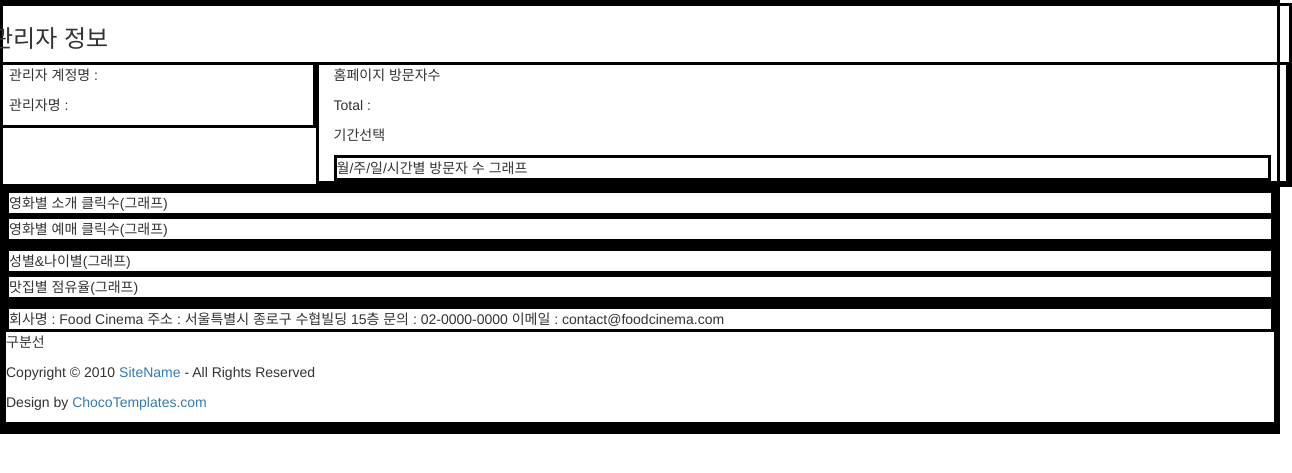
Repository: fhwang2/WEB
Page: http://localhost/FoodCinema/admin.jsp
The author's editor kept a copy of each file at every save. The page is drawn from the files as they stood at one save, then again after the next save.
The browser window is 1280 px wide. The page is 1292 px wide, so the pictures cover 1292 px, including what lies to the right of the window. The pictures show the whole page.
The page is served by Tomcat 9.

Above is the page before, as saved 2019-07-11 09:03:04.

### FoodCinema/WebContent/admin.jsp
<%@ page language="java" contentType="text/html; charset=UTF-8"
	pageEncoding="UTF-8"%>
<!DOCTYPE html>
<head>
<title>Food Cinema</title>
<meta http-equiv="Content-Type" content="text/html; charset=utf-8" />
<link rel="stylesheet"
	href="https://maxcdn.bootstrapcdn.com/bootstrap/3.4.0/css/bootstrap.min.css">
<script src="https://ajax.googleapis.com/ajax/libs/jquery/3.4.1/jquery.min.js"></script>
<script	src="https://maxcdn.bootstrapcdn.com/bootstrap/3.4.0/js/bootstrap.min.js"></script>
<script type="text/javascript" src="js/jquery-1.4.2.min.js"></script>
<script type="text/javascript" src="js/jquery-func.js"></script>

<style>

.adminTotal{
	display : grid;
}
div {
	border-style: solid;
	border-color: black;
}

</style>

</head>
<body>
	<div id="shell">
		<!-- <div id="header">
			<h1 id="logo">
				<a href="#">FoodCinema</a>
			</h1>
		</div> -->
		<div id="admin_total" class="row">
			<h3>관리자 정보</h3>
			<div id="admin_info" class="col-sm-3">

				<p class="">
					관리자 계정명 :
					<%

				%>
				</p>
				<p>
					관리자명 :
					<%

				%>
				</p>
			</div>
			<div id="totalCnt" class="col-sm-9">
				<p>홈페이지 방문자수</p>
				<p>
					Total :
					<%

				%>
				</p>
				<p>기간선택</p>
				<div id="visitor">월/주/일/시간별 방문자 수 그래프</div>
			</div>
		</div>
		<div id="movie_stat">
			<div id="movie_info_count">영화별 소개 클릭수(그래프)</div>
			<div id="movie_ing_count">영화별 예매 클릭수(그래프)</div>
		</div>
		<div id="matzip_stat">
			<div id="matzip_sex+age">성별&나이별(그래프)</div>
			<div id="matzip_share">맛집별 점유율(그래프)</div>
		</div>
		<div id="footer">
			<div id="companyInfo">
				회사명 : Food Cinema
				주소 : 서울특별시 종로구 수협빌딩 15층
				문의 : 02-0000-0000
				이메일 : contact@foodcinema.com
			</div>
			<p>구분선</p>
			<p class="lf">
				Copyright &copy; 2010 <a href="#">SiteName</a> - All Rights Reserved
			</p>
			<p class="rf">
				Design by <a href="http://chocotemplates.com/">ChocoTemplates.com</a>
			</p>
			<div style="clear: both;"></div>
		</div>
	</div>
</body>
</html>

Loaded but not shown: FoodCinema/WebContent/js/jquery-1.4.2.min.js (library); FoodCinema/WebContent/js/jquery-func.js (common file)

After the next save:
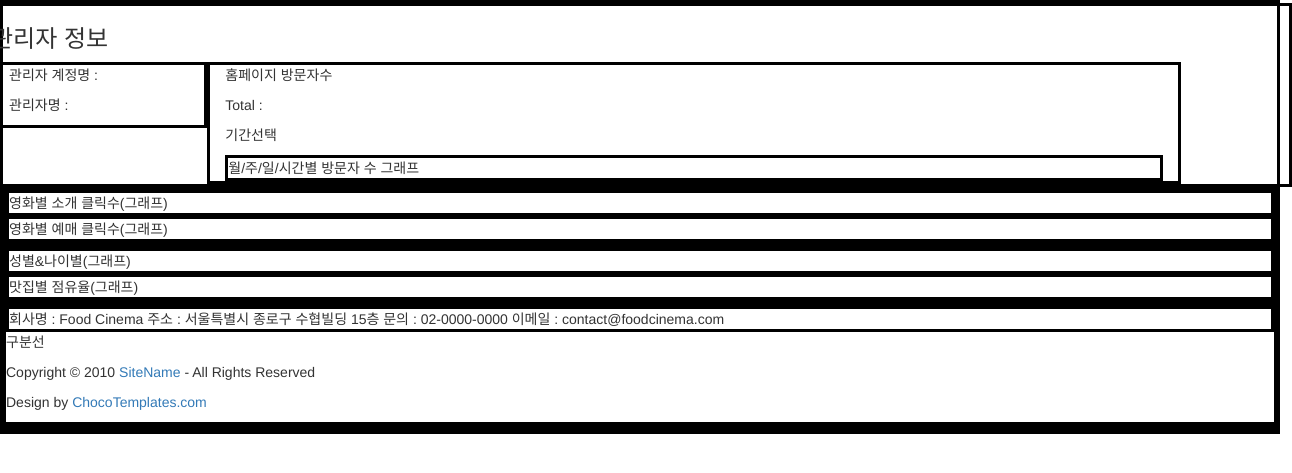
Saved 49 s later.
--- a/FoodCinema/WebContent/admin.jsp
+++ b/FoodCinema/WebContent/admin.jsp
@@ -33,7 +33,7 @@ div {
 		</div> -->
 		<div id="admin_total" class="row">
 			<h3>관리자 정보</h3>
-			<div id="admin_info" class="col-sm-3">
+			<div id="admin_info" class="col-sm-2">
 
 				<p class="">
 					관리자 계정명 :
